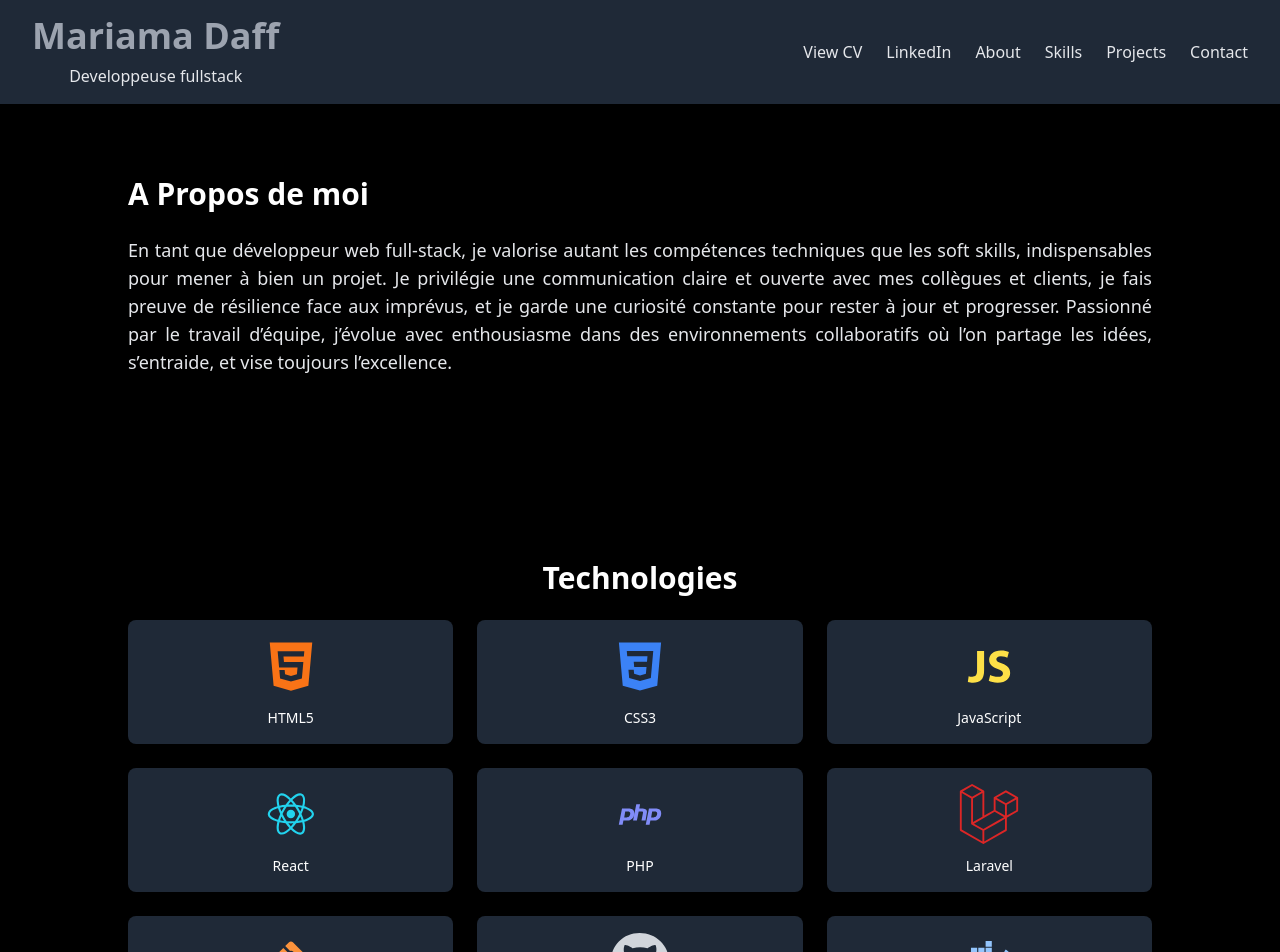
Repository: mariamdaff/Projets_Perso
Page: / (app in mon_portfolio/)
These files come from the project's save history. The page is drawn as it stood at one moment and after the next save; the edit follows.
The browser window is 1280 px wide. The pictures show the part of the page from y = 0 to 952 px (the page is 2583 px tall).
The project was rebuilt for these pictures with package versions that can differ from the ones it lists, and the page was loaded fresh each time. Also part of the build but not shown: mon_portfolio/vite.config.js.

Above is the page before, as saved 2025-04-23 14:38:19.

### mon_portfolio/index.html
<!doctype html>
<html lang="en">
  <head>
    <meta charset="UTF-8" />
    <link rel="icon" type="image/svg+xml" href="/cvFivicon.png" />
    <meta name="viewport" content="width=device-width, initial-scale=1.0" />
    <title>Mon portfolio</title>
  </head>
  <body className="bg-black text-gray-400">
    <div id="root"></div>
    <script type="module" src="/src/main.jsx"></script>
  </body>
</html>

### mon_portfolio/src/main.jsx
import './index.css';
import { StrictMode } from 'react'
import { createRoot } from 'react-dom/client'
import './index.css'
import App from './App.jsx'

createRoot(document.getElementById('root')).render(
  <StrictMode>
    <App />
  </StrictMode>,
)

### mon_portfolio/src/App.jsx
import React from 'react';
import { BrowserRouter as Router, Routes, Route } from 'react-router-dom';
// import NavbarElement from './component/navBar/NavBarComponent';
import Layout from './Layout';


const App = () => {
  return (
    <Router>

      <Routes>
        <Route path="/" element={<Layout />}>
        </Route>
      </Routes>

    </Router>
  );
};

export default App;

### mon_portfolio/src/Layout.jsx
import React from 'react';
import NavbarElement from './components/navBar/NavBarComponent';
import Projets from './components/projets/Projets';
import Contact from './components/contact/Contact';
import APropos from './components/A_Propos/APropos';
import Skills from './components/skills/Skills';
import Footer from './components/footer/Footer';
import { Element } from 'react-scroll';

const Layout = () => {
  return (
    <div className="bg-black min-h-screen text-white scroll-smooth">
      <NavbarElement />
      <main className="p-6 space-y-16">
      <Element name="A_Propos">
          <APropos />
        </Element>
        <Element name="skills">
          <Skills />
        </Element>
        <Element name="projets">
          <Projets />
        </Element>
        <Element name="contact">
          <Contact />
        </Element>

      </main>
      <Footer />
    </div>
  );
};

export default Layout;

### mon_portfolio/src/components/navBar/NavBarComponent.jsx
import React from 'react';
import LiensDeNavigation from './NavBarLiens.jsx';
import Description from './NavBarDescriptionPost.jsx';
import MonNom from './NavBarNom.jsx';

const NavbarElement = () => {
  return (
    <header className="sticky top-0 z-50 bg-gray-800 shadow-md">
      <nav className="text-gray-200 px-8 py-4 flex flex-col sm:flex-row sm:justify-between items-center">

        {/* Partie Nom + Description */}
        <div className="flex flex-col items-center text-center mb-4 sm:mb-0">
          <MonNom />
          <Description />
        </div>

        {/* Liens de navigation */}
        <LiensDeNavigation />
      </nav>
    </header>
  );
};

export default NavbarElement;

### mon_portfolio/src/components/projets/Projets.jsx
import React from 'react';

const Projets = () => {
  const projets = [
    {
      id: 1,
      titre: 'Quiz Game',
      description: 'Projet de quiz interactif avec 5 séries de 4 questions. Tu peux choisir ton thème parmi 3.',
      image: '/assets/img/quiz-game.png',
      link: 'https://github.com/tonprofil/quiz-game'
    },
    {
      id: 2,
      titre: 'Dataviz & API',
      description: 'Application météo avec animations visuelles.',
      image: '/assets/img/meteo-app.png',
      link: 'https://github.com/tonprofil/meteo-app'
    },
    {
      id: 3,
      titre: 'Littoral Propre',
      description: 'Back-Office pour une association qui collecte des déchets sur la plage.',
      image: '/assets/img/littoral.png',
      link: 'https://github.com/tonprofil/littoral-propre'
    },
    {
      id: 4,
      titre: 'PushMyCode',
      description: 'Microblogging pour les devs avec partage d’astuces.',
      image: '/assets/img/pushmycode.png',
      link: 'https://github.com/tonprofil/pushmycode'
    },
    {
      id: 5,
      titre: 'Mobile-front',
      description: 'App mobile front-end responsive.',
      image: '/assets/img/mobile-front.png',
      link: 'https://github.com/tonprofil/mobile-front'
    },
    {
      id: 6,
      titre: 'Nafa Guessa',
      description: 'Plateforme locale pour projets sociaux.',
      image: '/assets/img/nafa-guessa.png',
      link: 'https://github.com/tonprofil/nafa-guessa'
    },
  ];

  return (
    <section className="py-12 px-4 bg-black text-white m-10">
      <h2 className="text-3xl font-bold mb-8 text-center">My Projects</h2>
      <div className="grid grid-cols-1 sm:grid-cols-2 lg:grid-cols-3 gap-6 max-w-6xl mx-auto">
        {projets.map((projet) => (
          <div
            key={projet.id}
            className="bg-gray-800 rounded-lg overflow-hidden shadow-lg hover:scale-105 transition"
          >
            <img
              src={projet.image}
              alt={projet.titre}
              className="w-full h-48 object-cover"
            />
            <div className="p-4">
              <h3 className="text-xl font-semibold mb-2">{projet.titre}</h3>
              <p className="text-gray-400 mb-4">{projet.description}</p>
              <a
                href={projet.link}
                target="_blank"
                rel="noopener noreferrer"
                className="text-blue-400 hover:underline"
              >
                Voir le projet
              </a>
            </div>
          </div>
        ))}
      </div>
    </section>
  );
};

export default Projets;

### mon_portfolio/src/components/contact/Contact.jsx
import React, { useState } from 'react';

const Contact = () => {
  const [isSubmitted, setIsSubmitted] = useState(false);

  const handleSubmit = async (e) => {
    e.preventDefault();

    const form = e.target;
    const data = new FormData(form);

    const response = await fetch("https://formspree.io/f/meogqawe", {
      method: "POST",
      body: data,
      headers: {
        Accept: "application/json",
      },
    });

    if (response.ok) {
      setIsSubmitted(true);
      form.reset();
    } else {
      alert("Une erreur est survenue. Veuillez réessayer.");
    }
  };

  return (
    <section className="py-2 text-center bg-black text-white px-0">
      <h2 className="text-3xl font-semibold mb-6">Contact</h2>

      {!isSubmitted ? (
        <form onSubmit={handleSubmit} className="max-w-lg mx-auto">
          <input
            type="text"
            name="name"
            placeholder="Nom"
            required
            className="bg-gray-700 text-white px-4 py-2 rounded mb-4 w-full"
          />
          <input
            type="email"
            name="email"
            placeholder="Email"
            required
            className="bg-gray-700 text-white px-4 py-2 rounded mb-4 w-full"
          />
          <textarea
            name="message"
            placeholder="Message"
            required
            className="bg-gray-700 text-white px-4 py-2 rounded mb-4 w-full"
          />
          <button
            type="submit"
            className="bg-teal-600 hover:bg-teal-500 px-6 py-2 rounded w-full transition"
          >
            Envoyer
          </button>
        </form>
      ) : (
        <div className="max-w-lg mx-auto bg-teal-800 p-6 rounded shadow-md">
          <h3 className="text-xl font-semibold mb-2">Merci pour votre message !</h3>
          <p>Je vous répondrai bientôt.</p>
        </div>
      )}
    </section>
  );
};

export default Contact;

### mon_portfolio/src/components/A_Propos/APropos.jsx
import React from 'react';
const APropos = () =>{
    return(
        <section className="text-justify py-12 max-w-5xl mx-auto">
        <h2 className="text-3xl font-semibold mb-6">A Propos de moi</h2>
       <p className="text-lg text-gray-200 mb-8">En tant que développeur web full-stack, je valorise autant les compétences techniques que les soft skills,
         indispensables pour mener à bien un projet. Je privilégie une communication claire et ouverte avec mes collègues et clients,
          je fais preuve de résilience face aux imprévus, et je garde une curiosité constante pour rester à jour et progresser.
          Passionné par le travail d’équipe, j’évolue avec enthousiasme dans des environnements collaboratifs où l’on partage les idées,
           s’entraide, et vise toujours l’excellence.</p>
      </section>
    );

};
export default APropos;

### mon_portfolio/src/components/skills/Skills.jsx
import React from 'react';
import { DiHtml5, DiCss3, DiJavascript1, DiReact, DiPhp, DiGit} from 'react-icons/di';
import { SiTailwindcss, SiVuedotjs } from 'react-icons/si';
import { FaGithub, FaDocker } from 'react-icons/fa';
import { SiLaravel } from 'react-icons/si';

const Skills = () => {
  return (
    <section className="py-10 bg-black text-white text-center ">
      <h2 className="text-3xl font-bold mb-6">Technologies</h2>
      <ul className="grid grid-cols-1 sm:grid-cols-2 lg:grid-cols-3 gap-6 max-w-5xl mx-auto text-center">
  <li className="flex flex-col items-center bg-gray-800 p-4 rounded-lg shadow-md hover:bg-gray-700 transition">
    <DiHtml5 className="text-6xl text-orange-500 mb-2" />
    <span className="text-white text-sm mt-1">HTML5</span>
  </li>
  <li className="flex flex-col items-center bg-gray-800 p-4 rounded-lg shadow-md hover:bg-gray-700 transition">
    <DiCss3 className="text-6xl text-blue-500 mb-2" />
    <span className="text-white text-sm mt-1">CSS3</span>
  </li>
  <li className="flex flex-col items-center bg-gray-800 p-4 rounded-lg shadow-md hover:bg-gray-700 transition">
    <DiJavascript1 className="text-6xl text-yellow-300 mb-2" />
    <span className="text-white text-sm mt-1">JavaScript</span>
  </li>
  <li className="flex flex-col items-center bg-gray-800 p-4 rounded-lg shadow-md hover:bg-gray-700 transition">
    <DiReact className="text-6xl text-cyan-400 mb-2" />
    <span className="text-white text-sm mt-1">React</span>
  </li>
  <li className="flex flex-col items-center bg-gray-800 p-4 rounded-lg shadow-md hover:bg-gray-700 transition">
    <DiPhp className="text-6xl text-indigo-400 mb-2" />
    <span className="text-white text-sm mt-1">PHP</span>
  </li>
  <li className="flex flex-col items-center bg-gray-800 p-4 rounded-lg shadow-md hover:bg-gray-700 transition">
    <SiLaravel className="text-6xl text-red-600 mb-2" />
    <span className="text-white text-sm mt-1">Laravel</span>
  </li>
  <li className="flex flex-col items-center bg-gray-800 p-4 rounded-lg shadow-md hover:bg-gray-700 transition">
    <DiGit className="text-6xl text-orange-400 mb-2" />
    <span className="text-white text-sm mt-1">Git</span>
  </li>
  <li className="flex flex-col items-center bg-gray-800 p-4 rounded-lg shadow-md hover:bg-gray-700 transition">
    <FaGithub className="text-6xl text-gray-300 mb-2" />
    <span className="text-white text-sm mt-1">GitHub</span>
  </li>
  <li className="flex flex-col items-center bg-gray-800 p-4 rounded-lg shadow-md hover:bg-gray-700 transition">
    <FaDocker className="text-6xl text-blue-300 mb-2" />
    <span className="text-white text-sm mt-1">Docker</span>
  </li>
</ul>


    </section>
  );
};

export default Skills;

### mon_portfolio/src/components/footer/Footer.jsx
import React from 'react';
import { FaGithub, FaLinkedin } from 'react-icons/fa';

const Footer = () => {
  return (
    <footer className="bg-black text-gray-400 text-center py-6 mt-12 border-t border-gray-700 grid grid-cols-1 sm:grid-cols-2 lg:grid-cols-3 gap-6">
      <p className="text-sm mb-2">© 2025 Mariama Daff. Tous droits réservés.</p>

      <div className="flex justify-center space-x-4 text-2xl mb-2">
        <a
          href="https://github.com/mariamdaff"
          target="_blank"
          rel="noopener noreferrer"
          className="hover:text-white transition"
        >
          <FaGithub />
        </a>
        <a
          href="https://www.linkedin.com/in/mariama-daff"
          target="_blank"
          rel="noopener noreferrer"
          className="hover:text-white transition"
        >
          <FaLinkedin />
        </a>
      </div>

      <p className="text-xs">Merci de votre visite 💻</p>
    </footer>
  );
};

export default Footer;

### mon_portfolio/src/components/navBar/NavBarLiens.jsx
import React from 'react';
import { Link } from 'react-scroll';

//  import { Link } from 'react-router-dom';



const LiensDeNavigation = () =>{
return (
    <ul className="flex flex-col sm:flex-row space-y-4 sm:space-y-0 sm:space-x-6 items-center">
      <li> <a
            href="/monCV.pdf"
            target="_blank"
            rel="noopener noreferrer"
            className="btn-nav hover:text-gray-400 transition"
            >
             View CV
        </a></li>

      <li><a href="https://www.linkedin.com/in/mariama-daff"
            target="_blank"
            rel="noopener noreferrer"
            className="nav-btn  hover:text-gray-400 transition"
            >
            LinkedIn
        </a></li>

        <Link
  to="A_Propos"
  smooth={true}
  duration={500}
  offset={-70}
  className="cursor-pointer hover:text-gray-400 transition"
>
  About
</Link>

<Link
  to="skills"
  smooth={true}
  duration={500}
  offset={-70}
  className="cursor-pointer hover:text-gray-400 transition"
>
  Skills
</Link>

        <Link
  to="projets"
  smooth={true}
  duration={500}
  offset={-70} // décale pour prendre en compte ta navbar
  className="cursor-pointer hover:text-gray-400 transition"
>
  Projects
</Link>

<Link
  to="contact"
  smooth={true}
  duration={500}
  offset={-70}
  className="cursor-pointer hover:text-gray-400 transition"
>
  Contact
</Link>



    </ul>
  );
};

export default LiensDeNavigation;

### mon_portfolio/src/components/navBar/NavBarDescriptionPost.jsx
import React from 'react';

const Description = () =>{
return (
   <p className="text-md mt-2">Developpeuse fullstack</p>
  );
};

export default Description;

### mon_portfolio/src/components/navBar/NavBarNom.jsx
import React from 'react';

const MonNom = () =>{
return (
   <h1 className="text-4xl font-bold text-gray-400">Mariama Daff</h1>
  );
};

export default MonNom;

Loaded but not shown: mon_portfolio/src/index.css (common file); mon_portfolio/tailwind.config.js (common file)

After the next save:
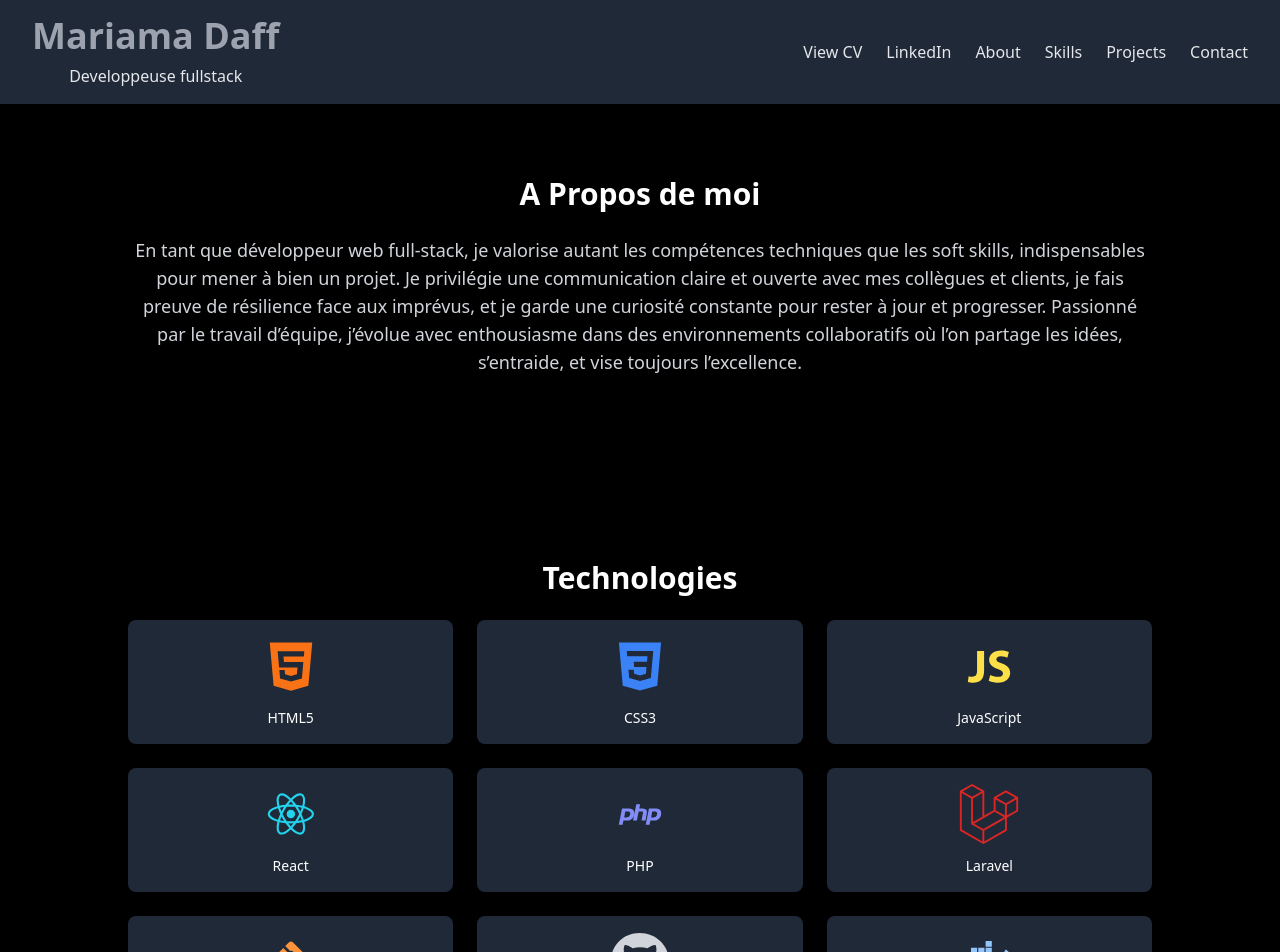
Saved 86 s later.
--- a/mon_portfolio/src/components/A_Propos/APropos.jsx
+++ b/mon_portfolio/src/components/A_Propos/APropos.jsx
@@ -1,9 +1,9 @@
 import React from 'react';
 const APropos = () =>{
     return(
-        <section className="text-justify py-12 max-w-5xl mx-auto">
+        <section className="text-center py-12 max-w-5xl mx-auto">
         <h2 className="text-3xl font-semibold mb-6">A Propos de moi</h2>
-       <p className="text-lg text-gray-200 mb-8">En tant que développeur web full-stack, je valorise autant les compétences techniques que les soft skills,
+       <p className="text-lg text-gray-300 mb-8">En tant que développeur web full-stack, je valorise autant les compétences techniques que les soft skills,
          indispensables pour mener à bien un projet. Je privilégie une communication claire et ouverte avec mes collègues et clients,
           je fais preuve de résilience face aux imprévus, et je garde une curiosité constante pour rester à jour et progresser.
           Passionné par le travail d’équipe, j’évolue avec enthousiasme dans des environnements collaboratifs où l’on partage les idées,
